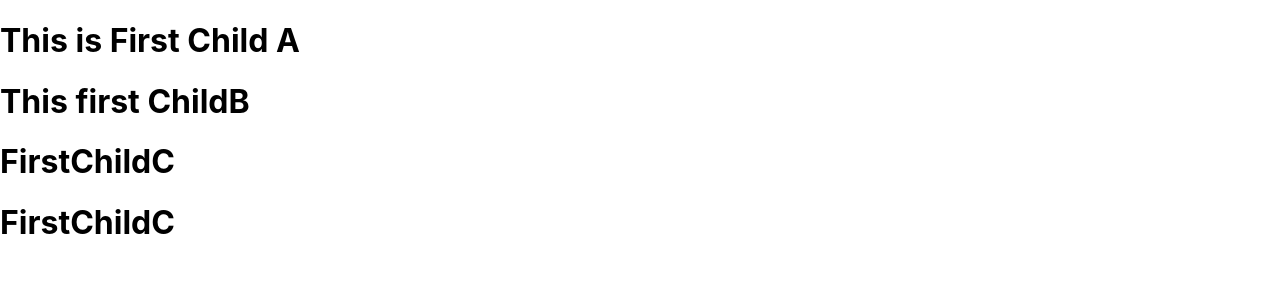
Repository: OmniaRafat232111121/Contextapp
Page: /
These files come from the project's save history. The page is drawn as it stood at one moment and after the next save; the edit follows.
The browser window is 1280 px wide. The pictures show the whole page.
The project was rebuilt for these pictures with package versions that can differ from the ones it lists, and the page was loaded fresh each time.

Above is the page before, as saved 2022-11-06 13:26:07.

### src/index.css
body {
  margin: 0;
  font-family: -apple-system, BlinkMacSystemFont, "Segoe UI", "Roboto", "Oxygen",
    "Ubuntu", "Cantarell", "Fira Sans", "Droid Sans", "Helvetica Neue",
    sans-serif;
  -webkit-font-smoothing: antialiased;
  -moz-osx-font-smoothing: grayscale;
}

/* app styles */
.App {
  max-width: 400px;
  margin: 30px auto;
  text-align: center;
}

nav {
  padding: 5px;
}

nav ul {
  padding: 0;
}

nav ul li {
  display: inline-block;
  margin: 0 10px;
}

.book-list {
  padding: 20px;
  margin-bottom: 20px;
}

.book-list ul {
  padding: 0;
  list-style-type: none;
}

.book-list li {
  padding: 10px;
  margin: 10px auto;
  border-radius: 10px;
}

### src/App.js
import React,{useState} from 'react'
import Parent from './components/Parent'
const App = () => {
  return (
    <div>
     <Parent/>
    </div>
  )
}

export default App

### src/components/Parent.jsx
import React,{useState} from 'react'
import ChildA from './ChildA';
import ChildB from './ChildB';
import ChildC from './ChildC';

const Parent = () => {
    const [fName, setFName] = useState('Omnia');
    const [lName,setLName]=useState('Rafat')
  return (
    <div>
          <ChildA fName={fName} lName={lName} />
          <ChildB  />
          <ChildC/>
      </div>
  )
}

export default Parent

### src/components/ChildA.jsx
import React from 'react'

const ChildA = ({fName,lName}) => {
  return (
    <div>
          <h1>This is First Child A</h1>
    </div>
  )
}

export default ChildA

### src/components/ChildB.jsx
import React from 'react'
import ChildC from './ChildC'

const ChildB = ({fName,lName}) => {
  return (
    <div>
          <h1>This first ChildB</h1>
          <ChildC fName={fName} lName={lName}/>
    </div>
  )
}

export default ChildB

### src/components/ChildC.jsx
import React from 'react'

const ChildC = ({fName,lName}) => {
  return (
      <div>
          <h1>FirstChildC</h1>

    </div>
  )
}

export default ChildC

Loaded but not shown: public/index.html (common file); src/index.js (common file)

After the next save:
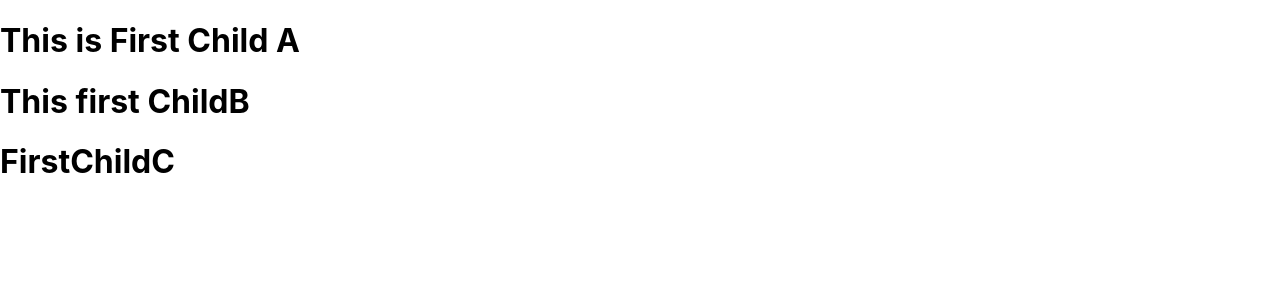
Saved 14 s later.
--- a/src/components/Parent.jsx
+++ b/src/components/Parent.jsx
@@ -10,7 +10,7 @@ const Parent = () => {
     <div>
           <ChildA fName={fName} lName={lName} />
           <ChildB  />
-          <ChildC/>
+
       </div>
   )
 }
